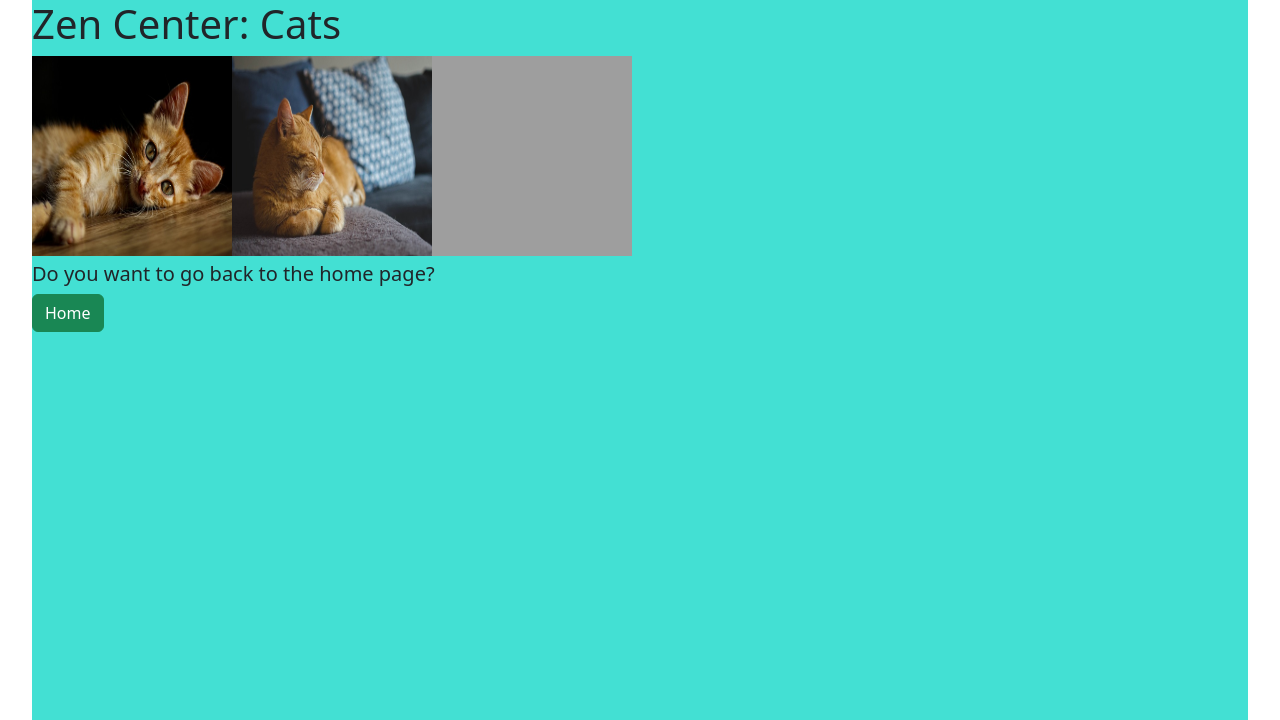
Repository: collegedude9300/zenstationnext
Page: /Cat
An editor plug-in stored every save of this project. The page is shown before and after the next save, followed by the edit.
The browser window is 1280 px wide. The pictures show the whole page.
Pictures or frames that could not be fetched are drawn as grey boxes. The project was rebuilt for these pictures with package versions that can differ from the ones it lists, and the page was loaded fresh each time. The framework's server and built-in components were replaced by stand-ins that run in the browser. Also part of the build but not shown: next.config.js.

Above is the page before, as saved 2022-10-19 12:31:48.

### pages/Cat.js
import Head from 'next/head'
import Image from 'next/image'
import styles from '../styles/Home.module.css'
import 'bootstrap/dist/css/bootstrap.css'
import Link from 'next/link'
export default function Cat() {
return (
    <div className={styles.container}>
      <Head>
        <title>About</title>
        <meta name="description" content="Generated by create next app" />
        <link rel="icon" href="/favicon.ico" />
      </Head>
      <main className={styles.pages}>
      <h1>Zen Center: Cats</h1>
        <Image src="/cat_one.jpg" alt="cat"width="200px"height="200px"/>
        <Image src="/cat_two.jpg" alt="cat" width="200px"height="200px"/>
        <Image src="/cat_three.jpg" alt="cat" width="200px"height="200px"/>
        <br/>
        <h5>Do you want to go back to the home page?</h5>
        <Link href="/">
        <a class="btn btn-success">Home</a>
        </Link>
      </main>
      </div>
)}

### styles/Home.module.css
.container {
  padding: 0 2rem;
}
.pages{
  background-color: #43e0d3;
  min-height: 100vh;
}
.errorMessage {

  color: red;
  font-size: 20px ;

}
.quote {
  font-size: 35px;
  color: rgb(243, 14, 7);
}
.successMessage {

  color: green;
  font-size: 30px;
  display:none;
  margin-bottom:20px;
}

.main {
  min-height: 100vh;
  padding: 4rem 0;
  flex: 1;
  display: flex;
  flex-direction: column;
  justify-content: center;
  align-items: center;
}
.aboutBio {

  margin: 0;
  line-height: 1.15;
  font-size: 4rem;
  text-align: center;
}
.footer {
  display: flex;
  flex: 1;
  padding: 2rem 0;
  border-top: 1px solid #eaeaea;
  justify-content: center;
  align-items: center;
}

.footer a {
  display: flex;
  justify-content: center;
  align-items: center;
  flex-grow: 1;
}

.title a {
  color: #0070f3;
  text-decoration: none;
}

.title a:hover,
.title a:focus,
.title a:active {
  text-decoration: underline;
}

.title {
  margin: 0;
  line-height: 1.15;
  font-size: 4rem;
}

.title,
.description {
  text-align: center;
}

.description {
  margin: 4rem 0;
  line-height: 1.5;
  font-size: 1.5rem;
}

.code {
  background: #fafafa;
  border-radius: 5px;
  padding: 0.75rem;
  font-size: 1.1rem;
  font-family: Menlo, Monaco, Lucida Console, Liberation Mono, DejaVu Sans Mono,
    Bitstream Vera Sans Mono, Courier New, monospace;
}

.grid {
  display: flex;
  align-items: center;
  justify-content: center;
  flex-wrap: wrap;
  max-width: 800px;
}

.card {
  margin: 1rem;
  padding: 1.5rem;
  text-align: left;
  color: inherit;
  text-decoration: none;
  border: 1px solid #eaeaea;
  border-radius: 10px;
  transition: color 0.15s ease, border-color 0.15s ease;
  max-width: 300px;
}

.card:hover,
.card:focus,
.card:active {
  color: #0070f3;
  border-color: #0070f3;
}

.card h2 {
  margin: 0 0 1rem 0;
  font-size: 1.5rem;
}

.card p {
  margin: 0;
  font-size: 1.25rem;
  line-height: 1.5;
}

.logo {
  height: 1em;
  margin-left: 0.5rem;
}

@media (max-width: 600px) {
  .grid {
    width: 100%;
    flex-direction: column;
  }
}

@media (prefers-color-scheme: dark) {
  .card,
  .footer {
    border-color: #222;
  }
  .code {
    background: #111;
  }
  .logo img {
    filter: invert(1);
  }
}

Loaded but not shown: pages/_app.js (common file); styles/globals.css (common file)

After the next save:
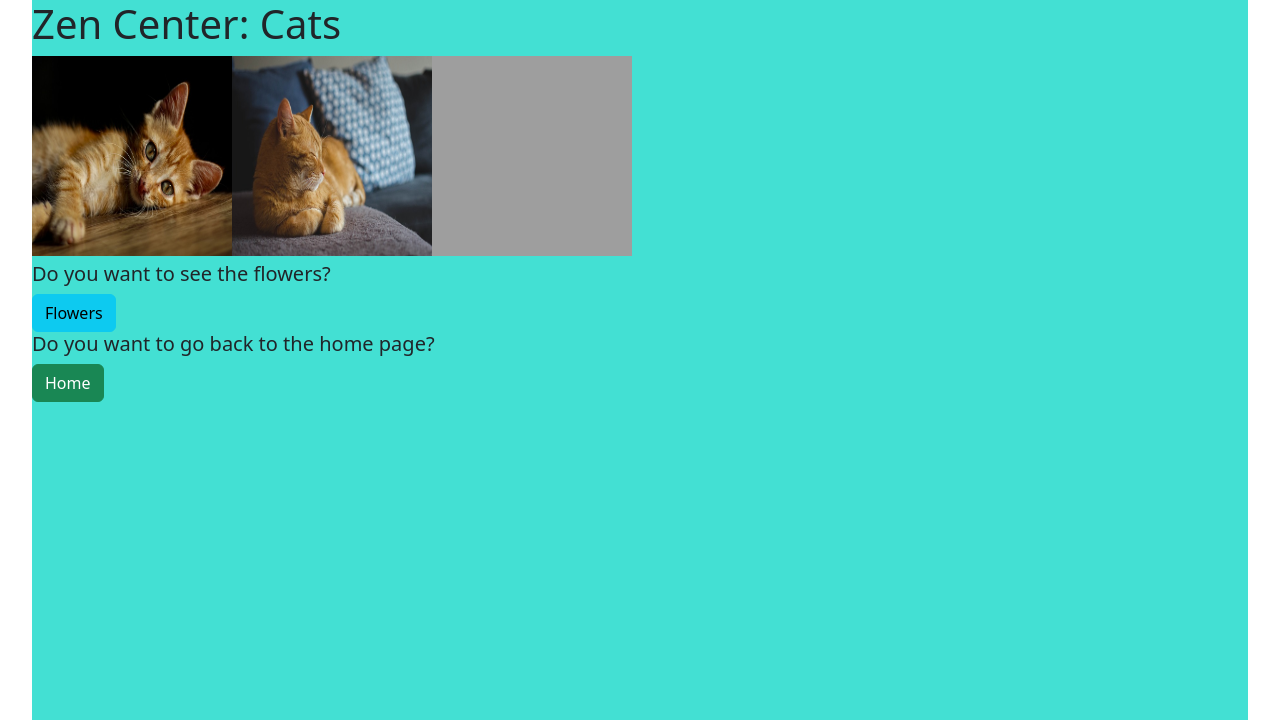
Saved 51 s later.
--- a/pages/Cat.js
+++ b/pages/Cat.js
@@ -17,6 +17,10 @@ return (
         <Image src="/cat_two.jpg" alt="cat" width="200px"height="200px"/>
         <Image src="/cat_three.jpg" alt="cat" width="200px"height="200px"/>
         <br/>
+        <h5>Do you want to see the flowers?</h5>
+        <Link href="/Flower">
+          <a className="btn btn-info">Flowers</a>
+          </Link>
         <h5>Do you want to go back to the home page?</h5>
         <Link href="/">
         <a class="btn btn-success">Home</a>
